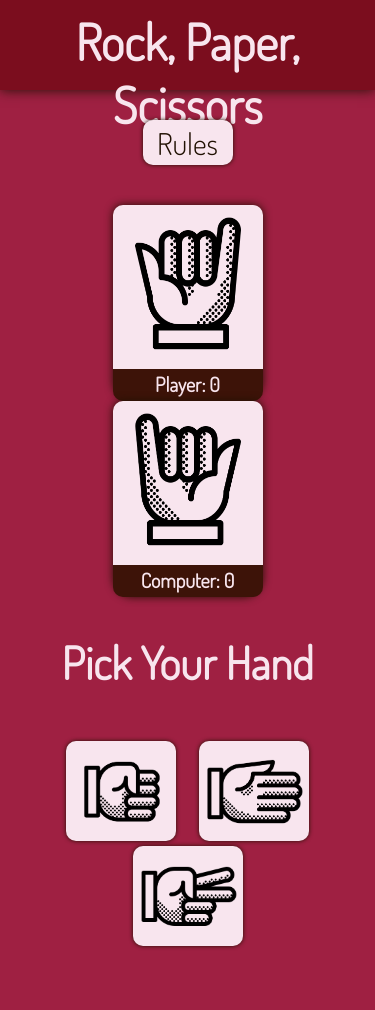
Repository: shayanabedi98/rock-paper-scissors
Page: index.html
An editor plug-in stored every save of this project. The page is shown before and after the next save, followed by the edit.
The browser window is 375 px wide. The pictures show the whole page.

Above is the page before, as saved 2023-07-21 13:36:27.

### index.html
<!DOCTYPE html>
<html lang="en">
<head>
    <meta charset="UTF-8">
    <meta name="viewport" content="width=device-width, initial-scale=1.0">
    <title>Rock, Paper, Scissors</title>
    <link rel="preconnect" href="https://fonts.googleapis.com">
    <link rel="preconnect" href="https://fonts.gstatic.com" crossorigin>
    <link href="https://fonts.googleapis.com/css2?family=Dosis:wght@300&display=swap" rel="stylesheet">
    <link rel="stylesheet" href="styles.css">
</head>
<body>
    <div class="dark-div">
    </div>
    <div class="header">
        <h1>Rock, Paper, Scissors</h1>
    </div>
    <div class="rules-btn">
        <button>Rules</button>
    </div>
    <div class="container">
        <div class="card">
            <div class="player">
                <img src="resources/startleft.png" alt="Starting image before game">
                <h3>Player: 0</h3>
            </div>
        </div>
        <div class="card">
            <div class="computer">
                <img src="resources/start.png" alt="Starting image before game">
                <h3>Computer: 0</h3>
            </div>
        </div>
    </div>
    <div class="caption">
        <h2>Pick Your Hand</h2>
    </div>
    <div class="button-container">
        <button class="btn" id="rock"><img src="resources/rockleft.png" alt="rock option"></button>
        <button class="btn" id="paper"><img src="resources/paperleft.png" alt="paper option"></button>
        <button class="btn" id="scissors"><img src="resources/scissorsleft.png" alt="scissors option"></button>
    </div>
    <div class="rules">
        <h1>Rules</h1>
        <p>Rock beats Scissors. <br>Paper beats Rock. <br>Scissors beats Paper. <br>You(Player) vs Computer. <br>Best 3/5 wins. <br>Simple enough?</p>
        <button>Close</button>
    </div>
    <script src="index.js"></script>
</body>
</html>

### styles.css
body {
    font-family:'Dosis', sans-serif;
    margin: 0;
    padding: 0;
    background-color: #9F2042;
    color: #F8E5EE;
}

h1 {
    font-size: 60px;
    margin-top: 0;

}

.dark-div {
    background-color: #211103;
    position: absolute;
    z-index: 1;
    width: 100%;
    height: 100%;
    opacity: 0;
    visibility: hidden;
}

.header {
    text-align: center;
    background-color: #7B0D1E;
    height: 120px;
    padding-top: 30px;
    box-shadow: 0 0 12px 0 #211103;
}

.rules-btn {
    text-align: center;
}

.rules-btn button {
    font-family: 'Dosis', sans-serif;
    font-size: 26px;
    background-color: #F8E5EE;
    color: #211103;
    width: 100px;
    height: 50px;
    cursor: pointer;
    border: 0;
    border-radius: 10px;
    box-shadow: 0 0 4px 0 #211103;
    position: absolute;
    margin-top: 250px;
    transform: translateX(-50px);
    text-align: center;
}

.caption {
    text-align: center;
    font-size: 30px;
}

.container {
    text-align: center;
    display: block;
    margin-top: 40px;
}

.card {
    display: inline-block;
    background-color: #F8E5EE;
    box-shadow: 0 0 8px 0 #211103;
    margin: 0 120px;
    border-radius: 10px 10px 20px 20px;
}

.card img {
    height: 350px;
    width: 345px;
}

.card h3 {
    font-size: 40px;
    color: #F8E5EE;
    background-color: #3D1308;
    margin-bottom: 0;
    height: 70px;
    padding-top: 10px;
    border-radius: 0  0 10px 10px;
}

.button-container {
    text-align: center;
    margin-top: 50px;
    height: 161px;
}

#rock, #paper, #scissors {
    font-family: 'Dosis', sans-serif;
    background-color: #F8E5EE;
    color: #211103;
    width: 110px;
    height: 100px;
    cursor: pointer;
    border: 0;
    border-radius: 10px;
    box-shadow: 0 0 4px 0 #211103;
    margin: 0 10px;
}

#rock img, #paper img, #scissors img {
    height: 100px;
}

#rock:hover, #paper:hover, #scissors:hover {
    box-shadow: 0 0 10px 0 #211103;
}

#rock:active, #paper:active, #scissors:active, #rock img:active, #paper img:active, #scissors img:active {
    box-shadow: none;
    height: 99px;
}

.rules {
    background-color: #F8E5EE;
    color: #211103;
    position: absolute;
    box-shadow: 0 0 10px 0 #211103;
    border-radius: 10px;
    text-align: center;
    margin-left: 40%;
    transform: translateY(-700px);
    width: 20%;
    z-index: 2;
    height: 450px;
    opacity: 0;
    visibility: hidden;
}

.rules p {
    font-size: 30px;
}

.rules button {
    font-family: 'Dosis', sans-serif;
    font-size: 26px;
    font-weight: 600;
    background-color: #F8E5EE;
    width: 80px;
    border: 0;
    text-decoration: overline;
    cursor: pointer;
}

.winner {
    text-align: center;
    margin-top: 350px;
}

.winner button {
    font-family: 'Dosis', sans-serif;
    font-size: 40px;
    font-family: 'Dosis', sans-serif;
    background-color: #F8E5EE;
    color: #211103;
    width: 200px;
    height: 100px;
    cursor: pointer;
    border: 0;
    border-radius: 10px;
    box-shadow: 0 0 4px 0 #211103;
}

@media (max-width: 1200px) {

    .rules-btn button {
        margin-top: 150px;
    }

    .card img {
        height: 210px;
        width: 200px;
    }
    .card h3 {
        margin-top: 0;
        font-size: 30px;
    }
}

@media (max-width: 900px) {

    .card {
        margin: 0 70px;
    }

    .card img {
        height: 190px;
        width: 180px;
    }
}

@media (max-width: 680px) {
    .rules-btn button {
        width: 90px;
        height: 45px;
        font-size: 30px;
        transform: none;
        position: relative;
        margin-top: 30px;
    }

    .card {
        margin: 0 40px;
    }
}

@media (max-width: 565px) {

    h1 {
        font-size: 50px;
    }

    .header {
        text-align: center;
        background-color: #7B0D1E;
        height: 80px;
        padding-top: 10px;
        box-shadow: 0 0 12px 0 #211103;
    }

    .card {
        margin: 0 40px;
    }

    .card img {
        height: 160px;
        width: 150px;
    }
    .card h3 {
        font-size: 20px;
        height: 30px;
        padding-top: 2px;
    }
}

@media (max-width: 465px) {
    .rules-btn button {
        position: relative;
    }
}

### index.js
var scoreP = 0;
var scoreC = 0;
var winner = document.querySelector('.winner');
var caption = document.querySelector('.caption h2');
var rock = document.querySelector('#rock');
var paper = document.querySelector('#paper');
var scissors = document.querySelector('#scissors');
var computer = document.querySelector('.computer img');
var player = document.querySelector('.player img');
var btn = document.querySelectorAll('.btn');
var playerPick;
var computerPick;
var rules = document.querySelector('.rules');
var rulesClose = document.querySelector('.rules button');
var rulesButton = document.querySelector('.rules-btn button');
var darkDiv = document.querySelector('.dark-div');

//animations for the rules card
rulesButton.addEventListener('click', function() {
    rules.style.opacity = '100';
    rules.style.transition = "0.5s"
    rules.style.visibility = 'visible';
    darkDiv.style.opacity = '0.5';
    darkDiv.style.transition = "0.5s"
    darkDiv.style.visibility = 'visible';
});

rulesClose.addEventListener('click', function() {
    rules.style.visibility = 'hidden';
    rules.style.opacity = '0';
    rules.style.transition = "0.5s";
    darkDiv.style.visibility = 'hidden';
    darkDiv.style.opacity = '0';
    darkDiv.style.transition = "0.5s";
});

//game mechanics
function rng() {
    return Math.floor(Math.random() * 3) + 1;
};

rock.addEventListener('click', function() {
    player.src = 'resources/rockleft.png';
    playerPick = 'rock';
});
paper.addEventListener('click', function() {
    player.src = 'resources/paperleft.png';
    playerPick = 'paper';
});
scissors.addEventListener('click', function() {
    player.src = 'resources/scissorsleft.png';
    playerPick = 'scissors';
});

for (let i = 0; i < btn.length; i ++){
    btn[i].addEventListener('click', function() {
        rng();
        if (rng() === 1) {
            computer.src = 'resources/rock.png';
            computerPick = 'rock';
        } else if (rng() === 2) {
            computer.src = 'resources/paper.png';
            computerPick = 'paper';
        } else if (rng() === 3) {
            computer.src = 'resources/scissors.png';
            computerPick = 'scissors';
        }

        if (playerPick === computerPick) {
            caption.innerHTML = 'Tie!';
        }

        else if ((playerPick === 'rock' && computerPick === 'paper') || (playerPick === 'scissors' && computerPick === 'rock') || (playerPick === 'paper' && computerPick === 'scissors')) {
            caption.innerHTML = 'Point for Computer!';
            scoreC ++;
        }

        else if ((playerPick === 'rock' && computerPick === 'scissors') || (playerPick === 'scissors' && computerPick === 'paper') || (playerPick === 'paper' && computerPick === 'rock')) {
            caption.innerHTML = 'Point for Player!';
            scoreP ++;
        }

        document.querySelector('.player h3').innerHTML = 'Player: ' + scoreP;
        document.querySelector('.computer h3').innerHTML = 'Computer: ' + scoreC;

        if (scoreC === 3) {
            window.location.replace('./loser.html');
        } else if (scoreP === 3) {
            window.location.replace('./winner.html');

        }
    });
};

function playAgain() {
    window.location.replace('./index.html');
};

After the next save:
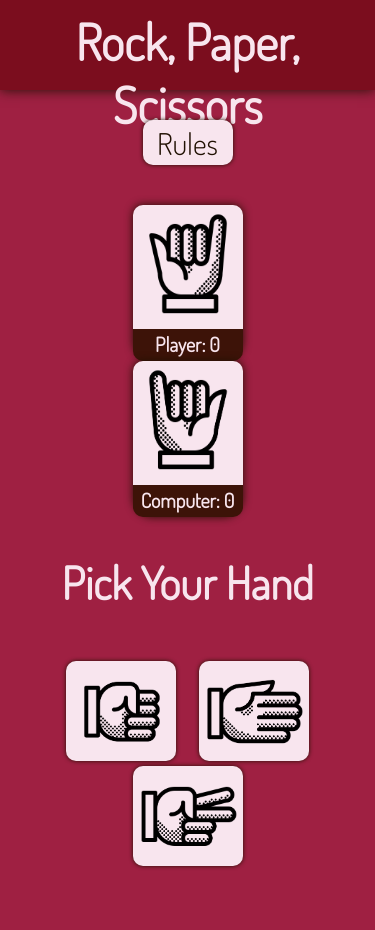
Saved 78 s later.
--- a/styles.css
+++ b/styles.css
@@ -240,7 +240,9 @@ h1 {
 }
 
 @media (max-width: 465px) {
-    .rules-btn button {
-        position: relative;
-    }
-}
+
+    .card img {
+        height: 120px;
+        width: 110px;
+    }
+}
